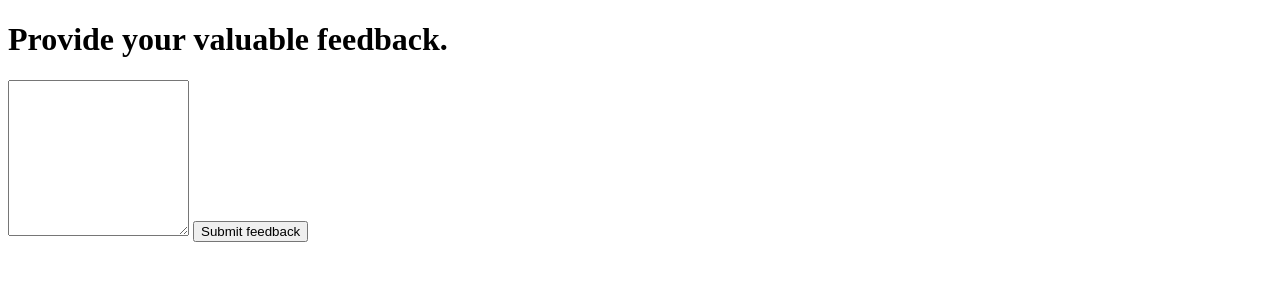
Repository: alph-a07/Java-EE
Page: http://localhost/FeedBackPage/SubmitFeedback.jsp
The author's editor kept a copy of each file at every save. The page is drawn from the files as they stood at one save, then again after a run of saves.
The browser window is 1280 px wide. The pictures show the whole page.
The page is served by Tomcat 9.

Above is the page before, as saved 2023-01-21 10:49:09.

After the next 2 saves:
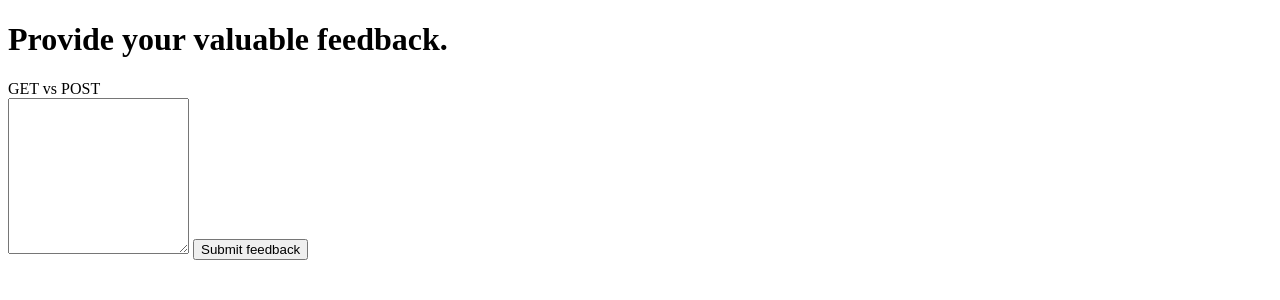
The 2 saves are shown as one change because they came seconds apart.
The last was saved 8 s later.
--- a/FeedBackPage/src/main/webapp/SubmitFeedback.jsp
+++ b/FeedBackPage/src/main/webapp/SubmitFeedback.jsp
@@ -14,6 +14,7 @@
 		<h1>Provide your valuable feedback.</h1>
 
 		<!-- action - URL path of page after submission of response -->
+		GET vs POST
 
 		<form action="feedbackReceieved" method="post">
 			<!-- name - Input response name used when capturing response -->
